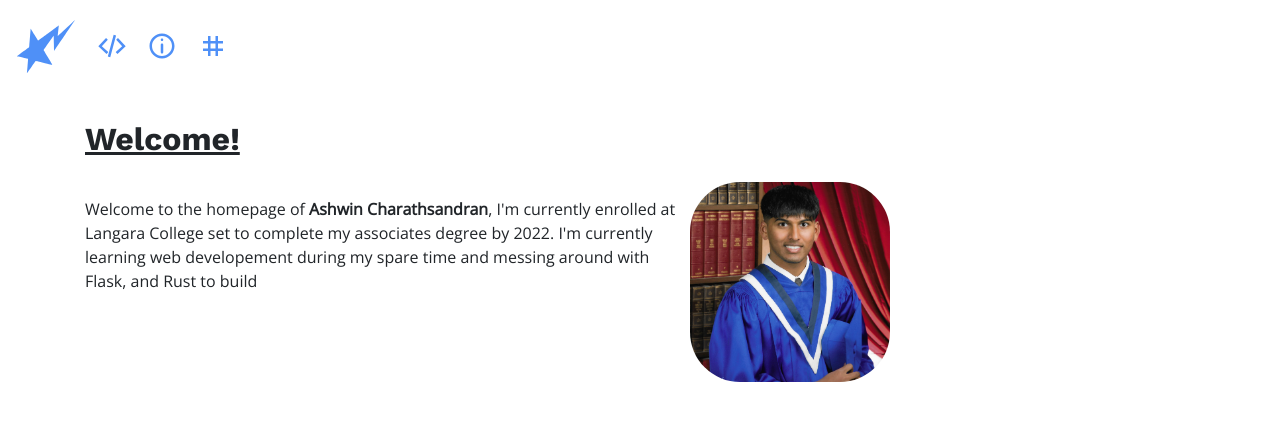
Repository: xxiz/ashwin.lol_flask
Page: http://localhost/
The author's editor kept a copy of each file at every save. The page is drawn from the files as they stood at one save, then again after the next save.
The browser window is 1280 px wide. The pictures show the whole page.
The page is served by the project's application, run on Flask 3 (app.py).

Above is the page before, as saved 2021-08-31 17:30:45.

### templates/index.html
{% extends 'base.html'%}
{% block content %}
<br>
    <h1>Welcome!</h1>
    <p class="confined">Welcome to the homepage of <b>Ashwin Charathsandran</b>, I'm currently enrolled at Langara College set to complete my associates degree by 2022. I'm currently learning web developement during my spare time and messing around with Flask, and Rust to build </p>
    <img class="me" src="/static/me.jpg" alt="A picture of myself">
{% endblock %}

### templates/base.html
<!DOCTYPE html>
<html lang="en">
<head>
    <meta charset="UTF-8">
    <meta http-equiv="X-UA-Compatible" content="IE=edge">
    <meta name="viewport" content="width=device-width, initial-scale=1.0">
    <meta name="viewport" content="width=device-width, initial-scale=1">
    <link rel="stylesheet" href="https://stackpath.bootstrapcdn.com/bootstrap/4.1.3/css/bootstrap.min.css" integrity="sha384-MCw98/SFnGE8fJT3GXwEOngsV7Zt27NXFoaoApmYm81iuXoPkFOJwJ8ERdknLPMO" crossorigin="anonymous">
    <link href='https://css.gg/home-alt.css' rel='stylesheet'>
    <link rel="stylesheet" href="static/app.css">
    <title>{{ title }}</title>
</head>
<body>
  <header>
    <nav>
      <!-- SVG's provided by https://css.gg/ and https://www.pinterest.ca/pin/502432902151236766/
           these images are not mine and I simply modified them.
      -->
      <a class="logo" href="/">
        <svg id="svg" xmlns="http://www.w3.org/2000/svg" xmlns:xlink="http://www.w3.org/1999/xlink" viewBox="0, 0, 400,400"><g id="svgg"><path id="path0" d="M375.404 43.010 C 366.024 51.806,347.525 69.114,334.297 81.472 C 321.068 93.829,303.241 110.484,294.681 118.483 C 286.121 126.482,278.911 132.820,278.658 132.567 C 278.241 132.149,284.716 69.460,285.588 65.478 C 285.791 64.550,285.639 63.790,285.251 63.790 C 284.648 63.790,260.992 80.890,237.523 98.291 C 227.623 105.631,148.371 163.243,147.334 163.854 C 146.751 164.197,138.491 151.049,123.021 125.151 C 98.113 83.455,97.570 82.612,97.546 85.580 C 97.537 86.597,97.035 93.171,96.430 100.188 C 95.824 107.205,94.649 121.220,93.817 131.332 C 92.986 141.445,91.633 157.655,90.811 167.355 C 89.989 177.054,88.915 190.160,88.425 196.477 C 87.935 202.795,87.173 208.400,86.731 208.934 C 85.375 210.573,15.246 261.837,10.457 264.690 C 7.982 266.164,6.052 267.463,6.168 267.576 C 6.284 267.690,11.276 268.981,17.261 270.446 C 58.961 280.654,79.884 285.969,80.349 286.471 C 80.645 286.792,79.104 308.161,76.923 333.959 C 74.743 359.756,73.037 380.949,73.132 381.055 C 73.227 381.161,86.102 363.134,101.743 340.997 C 117.384 318.859,130.527 300.273,130.950 299.695 C 131.591 298.819,138.848 300.405,174.490 309.212 C 232.789 323.618,241.800 325.782,242.458 325.539 C 242.770 325.423,229.838 303.377,213.719 276.548 C 197.601 249.719,184.258 227.206,184.069 226.520 C 183.768 225.431,245.875 136.802,249.908 132.565 C 251.796 130.581,252.035 135.511,252.617 188.555 C 252.883 212.805,253.310 232.629,253.567 232.609 C 253.824 232.589,259.323 224.737,265.789 215.160 C 272.254 205.584,296.196 170.394,318.994 136.961 C 341.791 103.527,364.809 69.756,370.144 61.914 C 375.479 54.071,383.015 43.011,386.889 37.336 C 390.764 31.660,393.603 27.017,393.197 27.017 C 392.792 27.017,384.785 34.214,375.404 43.010 " stroke="none" fill="#4f90f7" fill-rule="evenodd"></path></g></svg></a>
      <a href="/projects"><?xml version="1.0" encoding="UTF-8"?><svg viewBox="0 0 24 24" xmlns="http://www.w3.org/2000/svg"><path d="m13.325 3.0501-4.6576 17.382 1.9319 0.5176 4.6575-17.382-1.9318-0.51764z" fill="currentColor"/><path d="m7.612 18.361 1.3594-1.4484-5e-4 -0.0191-5.0943-4.7812 4.7904-5.1041-1.4583-1.3687-6.1591 6.5624 6.5624 6.1591z" fill="currentColor"/><path d="m16.388 18.361-1.3594-1.4484 5e-4 -0.0191 5.0943-4.7812-4.7904-5.1041 1.4583-1.3687 6.1591 6.5624-6.5624 6.1591z" fill="currentColor"/></svg></a>
      <a href=""><?xml version="1.0" encoding="UTF-8"?><svg viewBox="0 0 24 24" xmlns="http://www.w3.org/2000/svg"><path d="m11 10.979c0-0.5523 0.4477-1 1-1s1 0.44773 1 1v6c0 0.5523-0.4477 1-1 1s-1-0.4477-1-1v-6z" fill="currentColor"/><path d="m12 6.0512c-0.5523 0-1 0.44771-1 1 0 0.55228 0.4477 1 1 1s1-0.44772 1-1c0-0.55229-0.4477-1-1-1z" fill="currentColor"/><path d="m12 2c-5.5228 0-10 4.4772-10 10 0 5.5228 4.4772 10 10 10 5.5228 0 10-4.4772 10-10 0-5.5228-4.4772-10-10-10zm-8 10c0 4.4183 3.5817 8 8 8 4.4183 0 8-3.5817 8-8 0-4.4183-3.5817-8-8-8-4.4183 0-8 3.5817-8 8z" clip-rule="evenodd" fill="currentColor" fill-rule="evenodd"/></svg></a>
      <a href=""><?xml version="1.0" encoding="UTF-8"?><svg fill="none" viewBox="0 0 24 24" xmlns="http://www.w3.org/2000/svg"><path d="m8 4v4h-4v2h4v4h-4v2h4v4h2v-4h4v4h2v-4h4v-2h-4v-4h4v-2h-4v-4h-2v4h-4v-4h-2zm6 10v-4h-4v4h4z" clip-rule="evenodd" fill="currentColor" fill-rule="evenodd"/></svg></a>
    </nav>
  </header>
  <main>
    <div class="container">
      {% block content %} {% endblock %}
  </div>
  </main>
    <script src="https://code.jquery.com/jquery-3.3.1.slim.min.js" integrity="sha384-q8i/X+965DzO0rT7abK41JStQIAqVgRVzpbzo5smXKp4YfRvH+8abtTE1Pi6jizo" crossorigin="anonymous"></script>
    <script src="https://cdnjs.cloudflare.com/ajax/libs/popper.js/1.14.3/umd/popper.min.js" integrity="sha384-ZMP7rVo3mIykV+2+9J3UJ46jBk0WLaUAdn689aCwoqbBJiSnjAK/l8WvCWPIPm49" crossorigin="anonymous"></script>
    <script src="https://stackpath.bootstrapcdn.com/bootstrap/4.1.3/js/bootstrap.min.js" integrity="sha384-ChfqqxuZUCnJSK3+MXmPNIyE6ZbWh2IMqE241rYiqJxyMiZ6OW/JmZQ5stwEULTy" crossorigin="anonymous"></script>
</body>
</html>

### app.py
from flask import Flask, request
from web.content import index_page, projects_page
web = Flask(__name__)
web.config['SQLALCHEMY_TRACK_MODIFICATIONS'] = False

@web.route('/')
def index():
    return index_page()

@web.route('/projects')
def projects():
    return projects_page()

### web/content.py
from flask import render_template
import json

# Page Content
prefix = "Ashwin Charathsandran — "

# Meta Tags
preview_message = ""
preview_title = ""
preview_image = ""

with open('web/projects.json', 'r') as file:
    projects = json.load(file)

def index_page():
    return render_template('index.html',
    title = prefix + "Welcome!",
    preview_title = preview_title,
    preview_image = preview_image,
    preview_message = preview_message)

def projects_page():
    return render_template('projects.html',
    title = prefix + "Projects",
    items = projects,
    preview_title = preview_title,
    preview_image = preview_image,
    preview_message = preview_message)

### web/projects.json
[
        {
            "title": "Vernon",
            "description": "Quality-focused reboot composite",
            "image_url": "http://placeimg.com/640/480"
        },
        {
            "title": "Nolan",
            "description": "Multi-layered firmware",
            "image_url": "http://placeimg.com/640/480"
        },
        {
            "title": "Reyes",
            "description": "array national",
            "image_url": "http://placeimg.com/640/480"
        }
]

### static/app.css
@import url('https://fonts.googleapis.com/css2?family=Work+Sans:wght@400;700&display=swap');
@import url('https://fonts.googleapis.com/css2?family=Open+Sans&display=swap');

:root {
    --blue: #4f90f7;
    --red: #d93434;
}

h1 {
    font-family: 'Work Sans', sans-serif;
    font-weight: 700;
    padding-bottom: 0.5em; padding-top: 0.5em;
    text-decoration: underline;
    font-size: 32px;
}

p {
    font-family: 'Open Sans', sans-serif;
    font-weight: 400;
}

.confined {
    max-width: 600px;
    display: inline-block;
}

.me {
    display: inline-block;
    max-width: 200px;
    border-radius: 50px;
}

a {
    text-decoration: none;
    color: var(--blue);
}

a:hover {
    animation: hover-effect 1s infinite linear;
}

.card {
    margin-bottom: 1.5em;
}

.description {
    padding-bottom: 0.5em;
    font-size: 18px;
}
nav {
    padding: 1em;
    overflow: hidden;
    position: fixed;
    top: 0;
    width: 100%;
}

nav a svg {
    width: 30px;
}

.navbar-logo {
    margin-right: 50px;
    width: 60px;
}

.nav-item {
    font-weight: 700;
}
main {
    padding-top: 80px;
}

.logo svg {
    width: 60px;
}

nav a  {
    padding-right: 1em;
}
@keyframes hover-effect {
    0% {
        color: var(--blue);
    }
    50% {
        color: var(--red);

    }
    100% {
        color: var(--blue);
    }
}

After the next save:
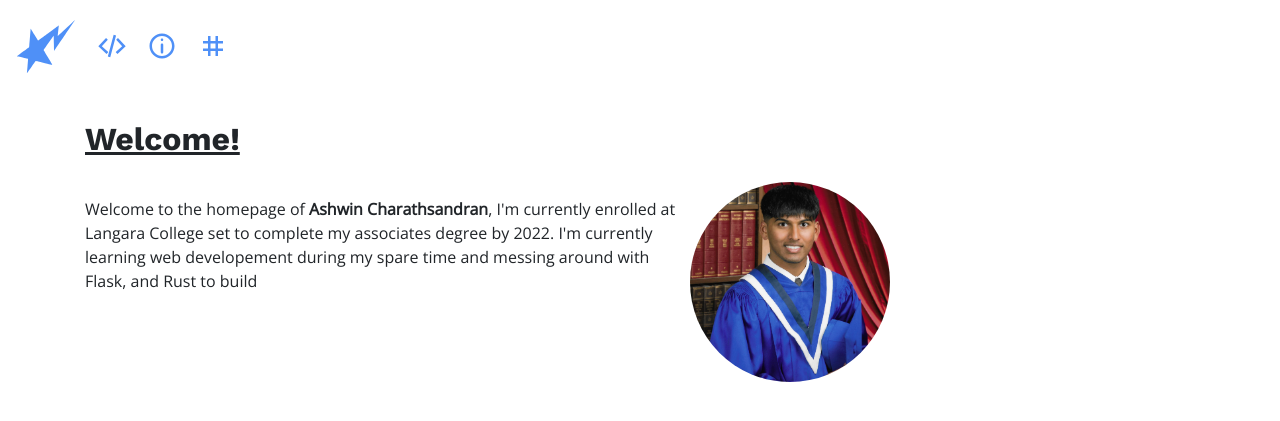
Saved 11 s later.
--- a/static/app.css
+++ b/static/app.css
@@ -27,7 +27,7 @@ p {
 .me {
     display: inline-block;
     max-width: 200px;
-    border-radius: 50px;
+    border-radius: 50%;
 }
 
 a {
